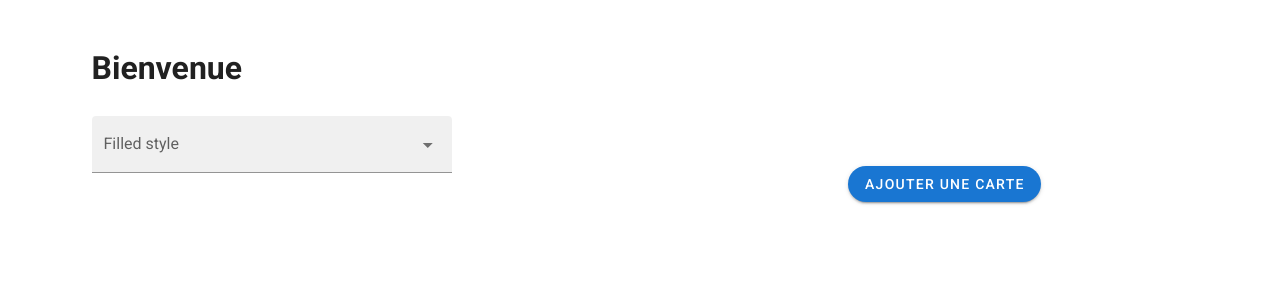
Repository: SidneyHodieb/myc
Page: /
The author's editor kept a copy of each file at every save. The page is drawn from the files as they stood at one save, then again after the next save.
The browser window is 1280 px wide. The pictures show the whole page.
The project was rebuilt for these pictures with package versions that can differ from the ones it lists, and the page was loaded fresh each time. Also part of the build but not shown: vue.config.js.

Above is the page before, as saved 2021-04-01 23:20:24.

After the next save:
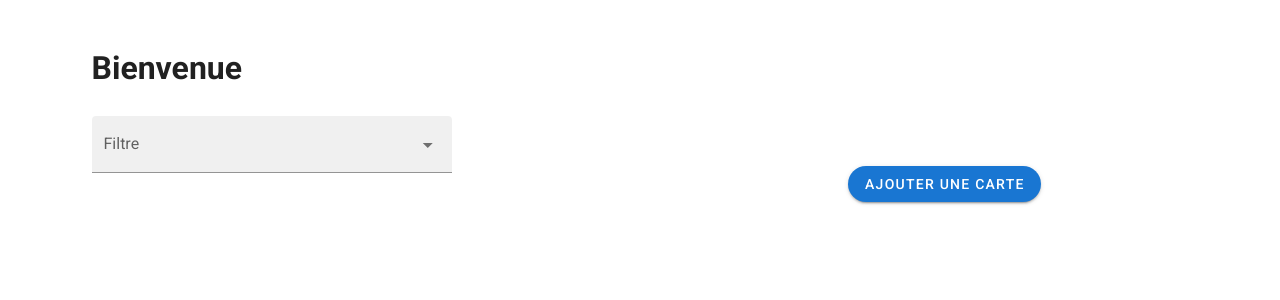
Saved 14 s later.
--- a/src/views/Home.vue
+++ b/src/views/Home.vue
@@ -5,7 +5,7 @@
         <h1>Bienvenue</h1>
       </v-col>
       <v-col class="d-flex" sm="4">
-        <v-select :items="items" filled label="Filled style"></v-select>
+        <v-select :items="items" filled label="Filtre"></v-select>
       </v-col>
      <v-col offset-md="2" sm="6" style="margin-top:50px">
       <div class="text-center">
